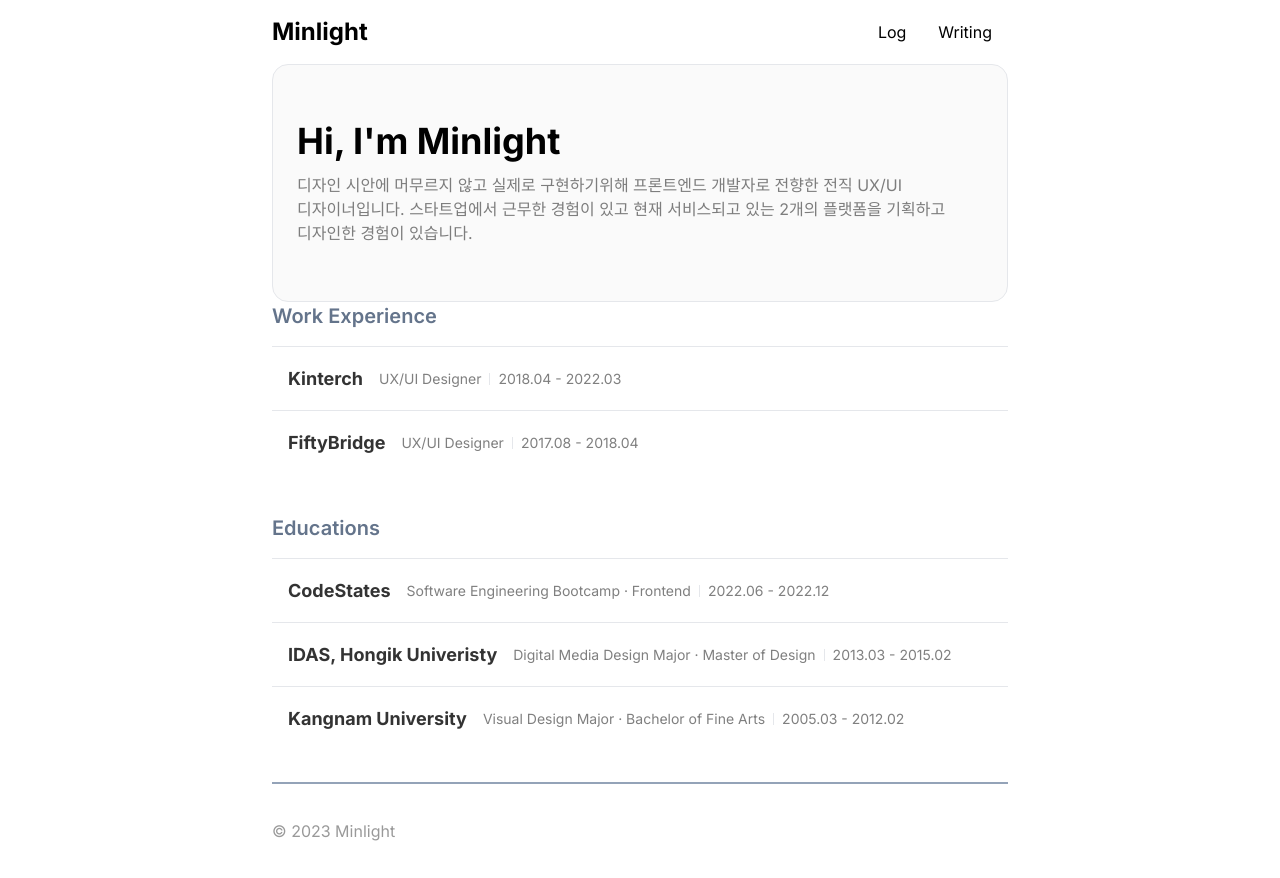
Repository: kwngmin/minlight-log
Page: /
These files come from the project's save history. The page is drawn as it stood at one moment and after the next save; the edit follows.
The browser window is 1280 px wide. The pictures show the whole page.
The project was rebuilt for these pictures with package versions that can differ from the ones it lists, and the page was loaded fresh each time. The framework's server and built-in components were replaced by stand-ins that run in the browser. Also part of the build but not shown: next.config.js.

Above is the page before, as saved 2023-04-12 16:36:05.

After the next save:
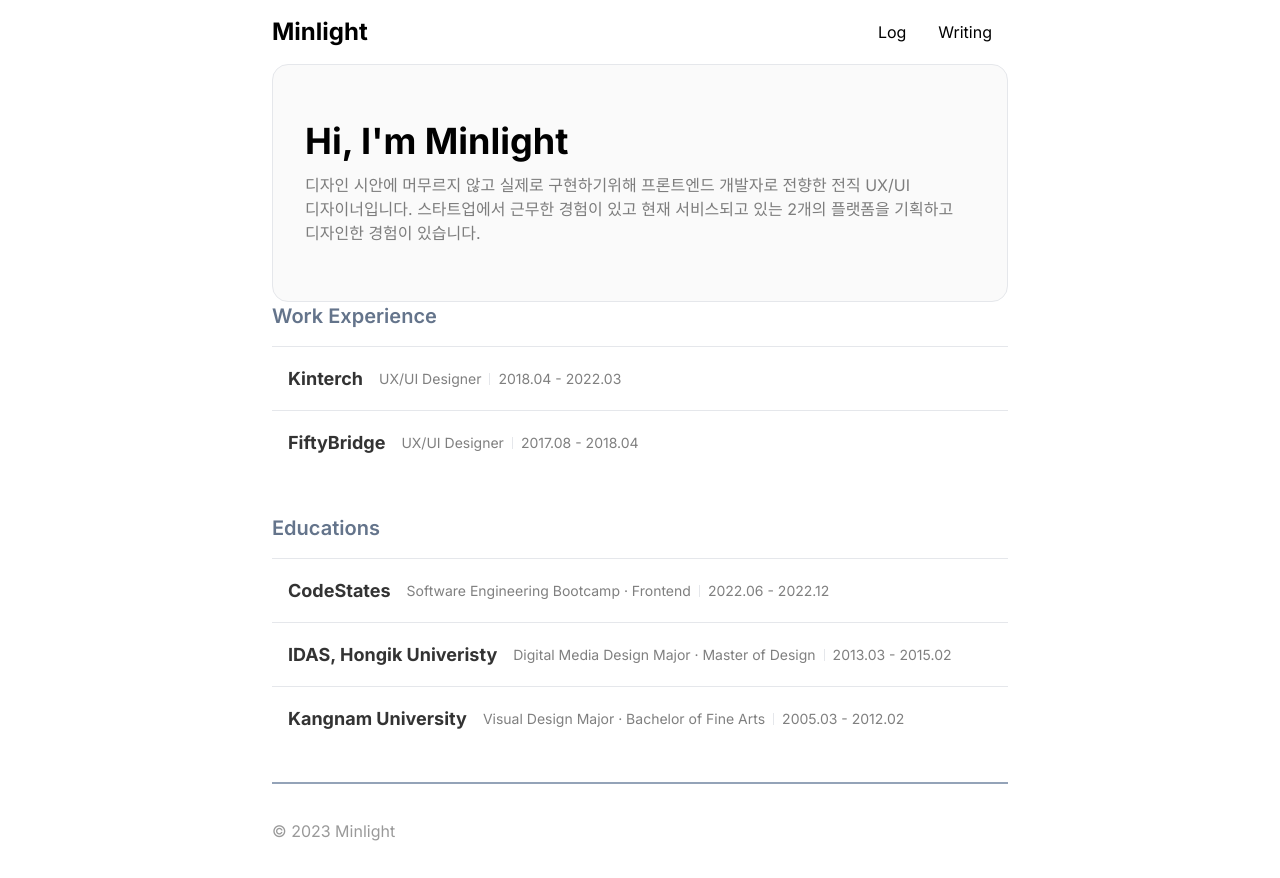
Saved 11 s later.
--- a/src/components/Title.tsx
+++ b/src/components/Title.tsx
@@ -5,7 +5,7 @@ type TitleData = {
 export default function Title({ titleData }: { titleData: TitleData }) {
   const { title, description } = titleData;
   return (
-    <div className="py-14 px-4 lg:px-6 bg-zinc-50 border rounded-2xl">
+    <div className="py-14 px-4 lg:px-8 bg-zinc-50 border rounded-2xl">
       <h1 className="text-3xl md:text-4xl font-bold mb-3">{title}</h1>
       <p className="text-black/50 break-keep">{description}</p>
     </div>
